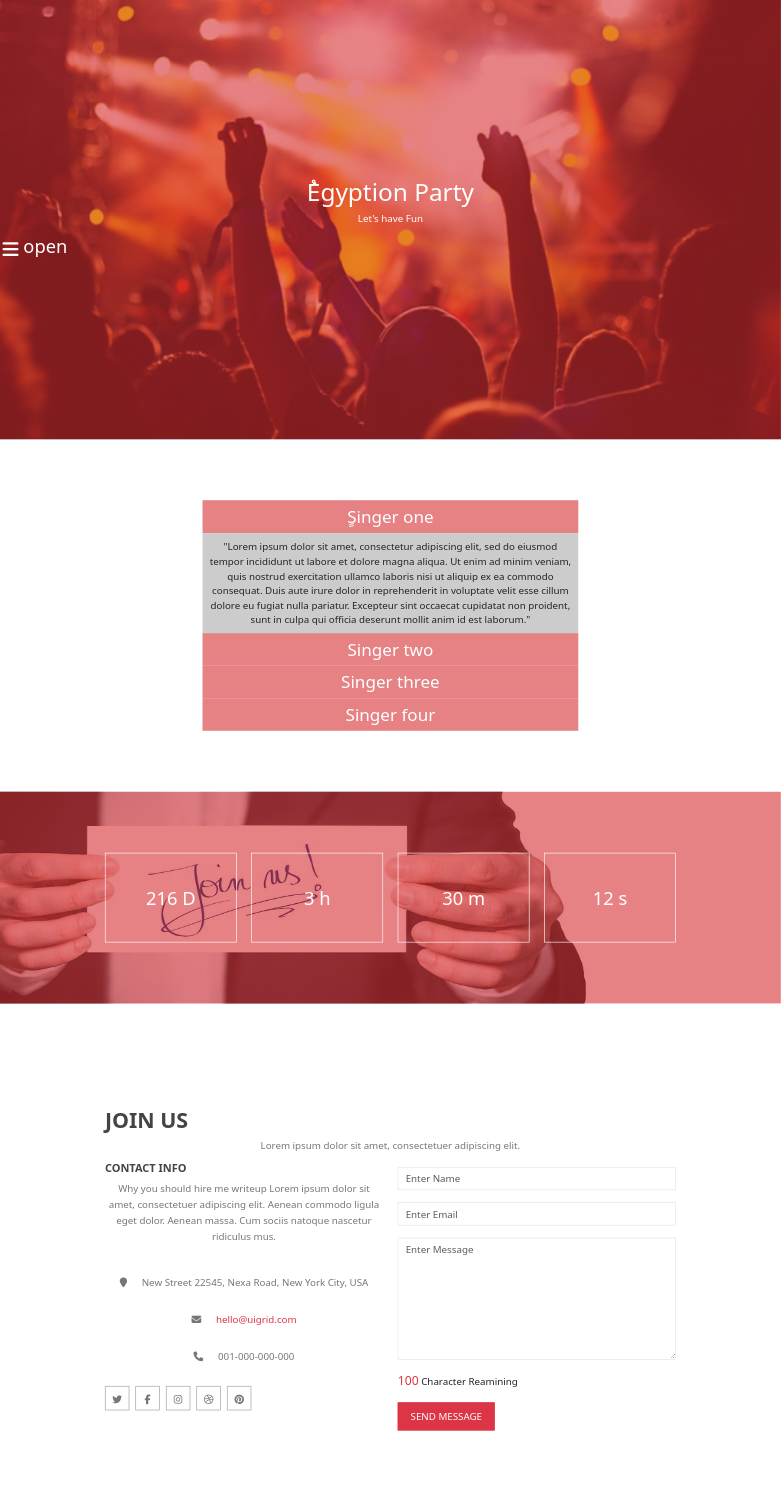
Repository: HagarYousry/jQuery
Page: index.html
These files come from the project's save history. The page is drawn as it stood at one moment and after a run of saves; the edit follows.
The browser window is 1280 px wide. The pictures show the whole page, at 61% of full size.

Above is the page before, as saved 2024-07-25 21:32:19.

After the next 2 saves:
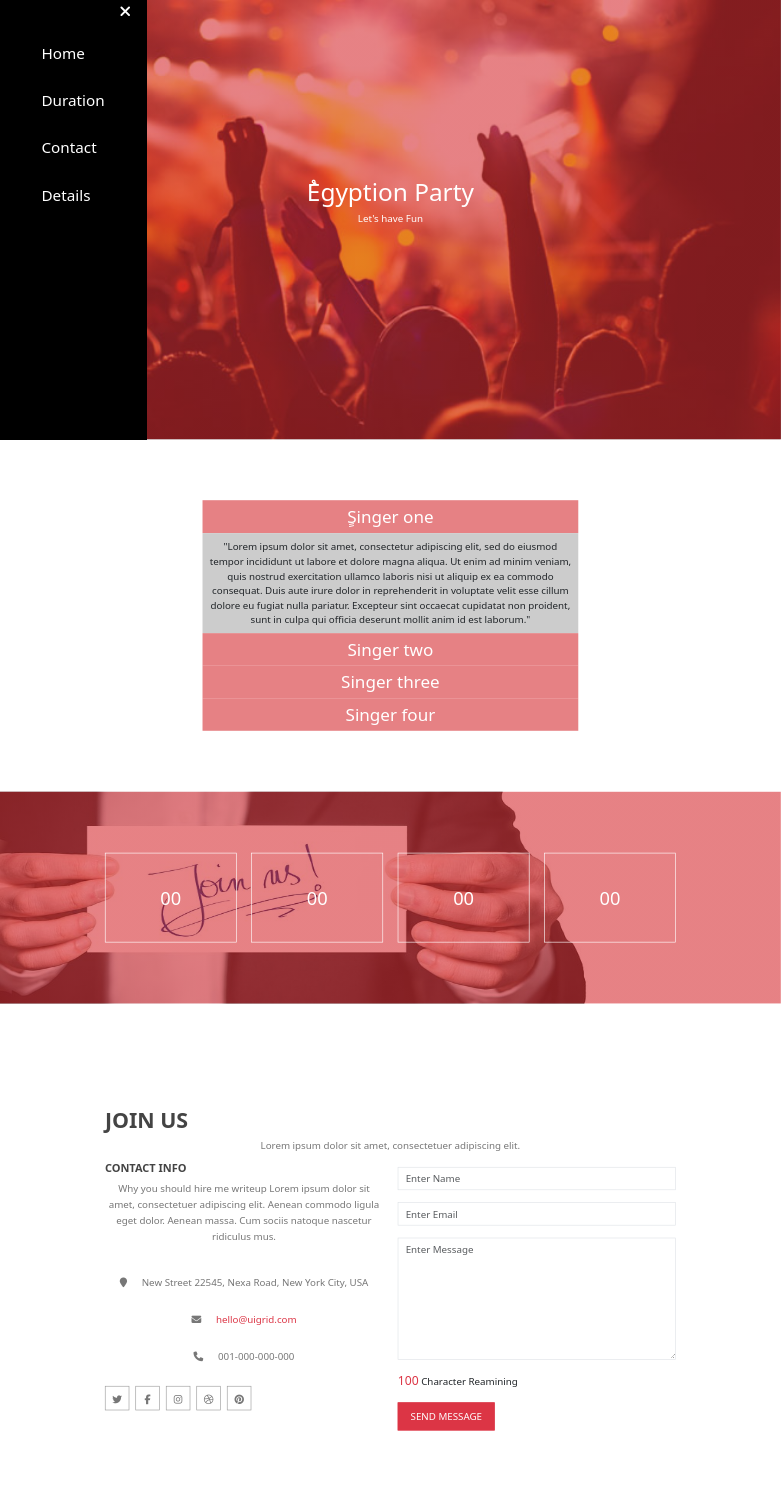
Console error: SyntaxError: Invalid or unexpected token
The 2 saves are shown as one change because they came seconds apart.
The last was saved 14 s later.
--- a/js/index.js
+++ b/js/index.js
@@ -33,7 +33,7 @@
     })
 
 
-// start Acordion section
+/* start Acordion section
 $('#Acordion .toggle-acordion').on('click', function () {
     $('.desc').not($(this).next()).slideUp(500);
     $(this).next().slideToggle(500);

After the 2 saves that followed:
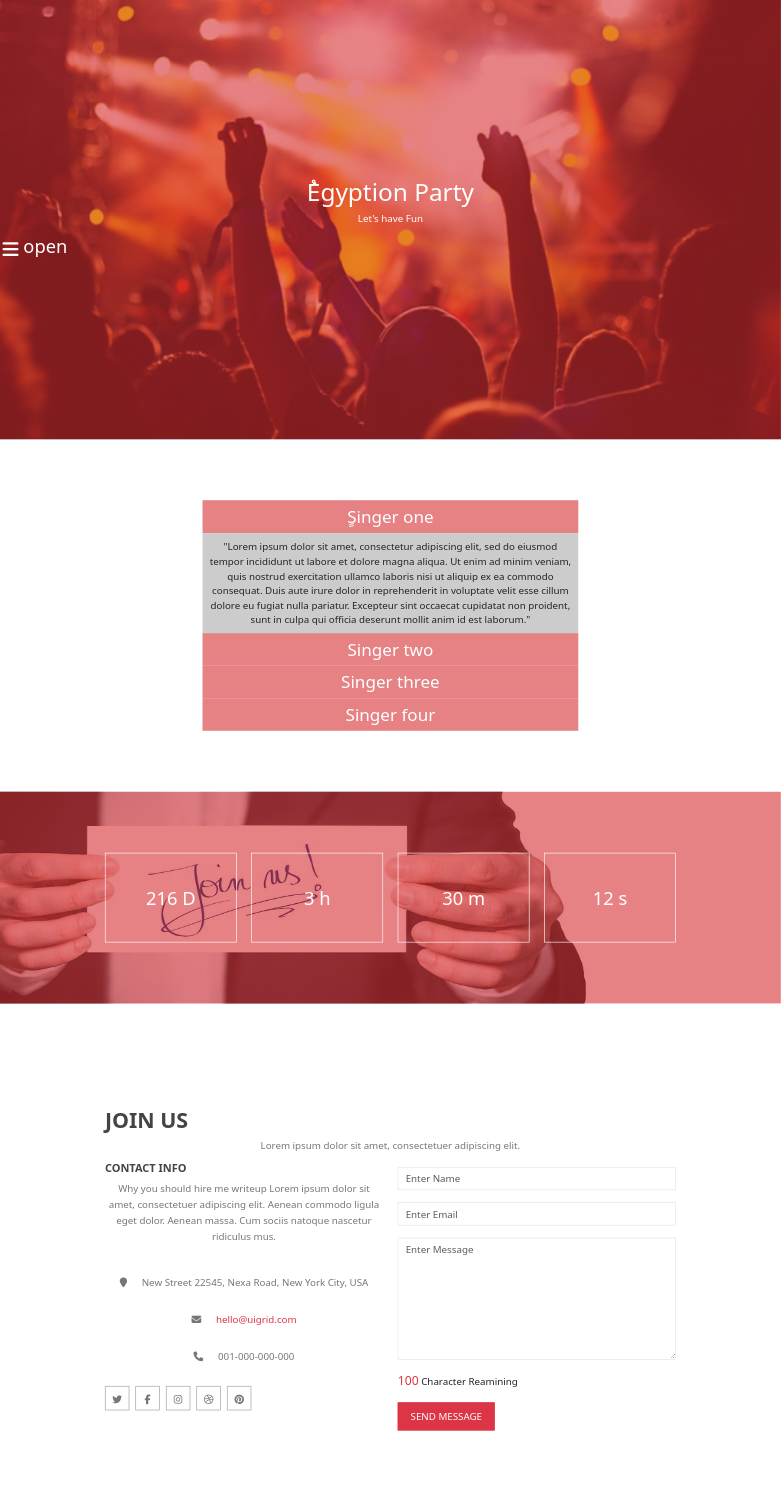
The error is gone.
The 2 saves are shown as one change because they came seconds apart.
The last was saved 5 s later.
--- a/js/index.js
+++ b/js/index.js
@@ -33,7 +33,7 @@
     })
 
 
-/* start Acordion section
+/* start Acordion section */
 $('#Acordion .toggle-acordion').on('click', function () {
     $('.desc').not($(this).next()).slideUp(500);
     $(this).next().slideToggle(500);
